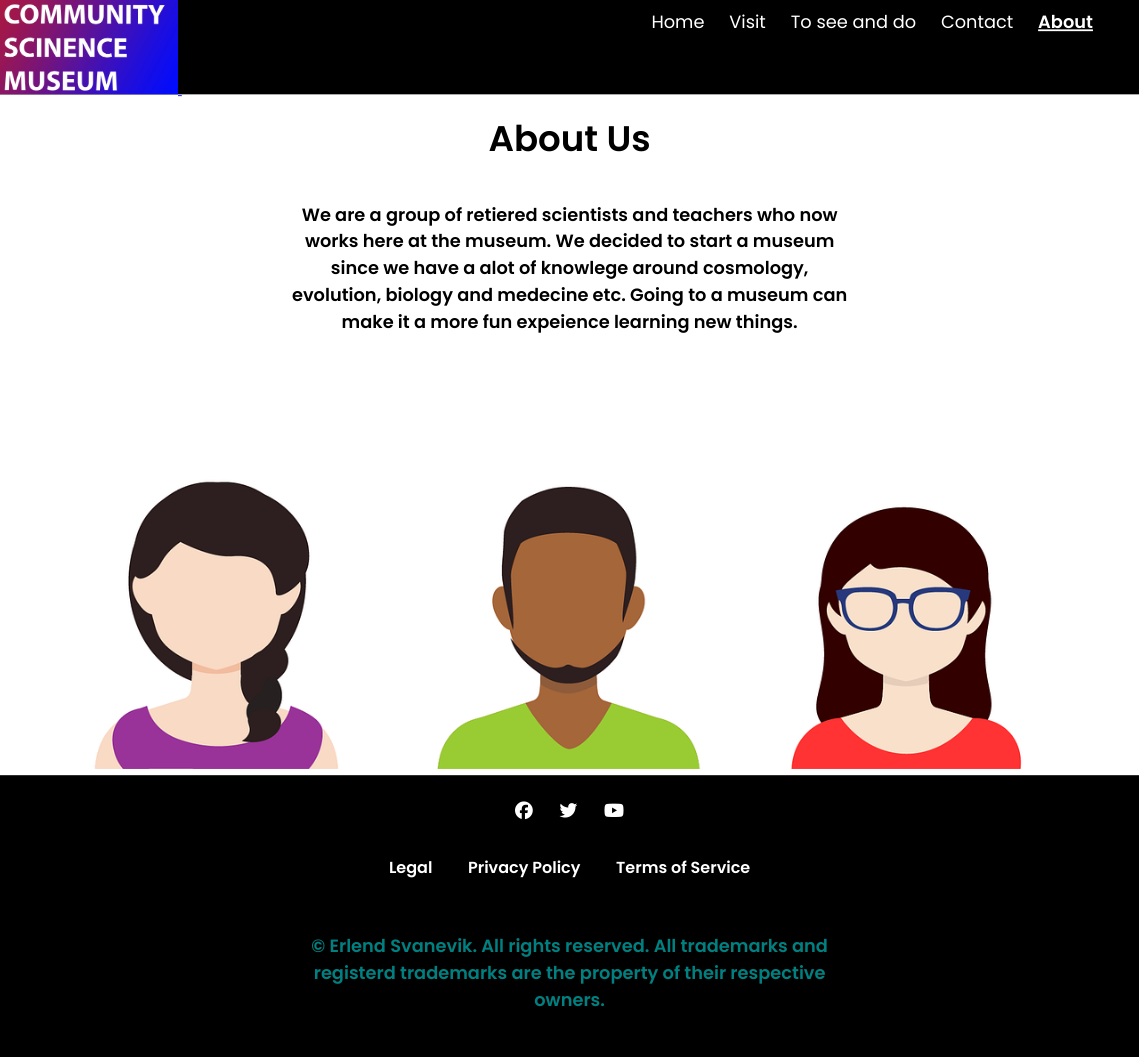
Repository: EpleWasTaken/Semester-Project
Page: about.html
An editor plug-in stored every save of this project. The page is shown before and after the next save, followed by the edit.
The browser window is 1280 px wide. The pictures show the whole page, at 89% of full size.
Some web libraries are served in a nearby version.

Above is the page before, as saved 2020-12-12 13:09:46.

### about.html
<!DOCTYPE html>
<html lang="en">
<head>
    <meta charset="UTF-8">
    <meta name="viewport" content="width=device-width, initial-scale=1.0">
    <meta name="keywords" content="museum, science museum, community museum">
    <meta name="author" content="Erlend Molvik Svanevik">
    <title>CMS About</title>

    <link rel="preconnect" href="https://fonts.gstatic.com">
    <link href="https://fonts.googleapis.com/css2?family=Poppins:ital,wght@0,100;0,200;0,300;0,400;0,500;0,600;1,100;1,200;1,300;1,400;1,500;1,600&display=swap" rel="stylesheet">
    <link rel="stylesheet" href="./css/styles.css">
    <link rel="stylesheet" href="./css/footer.css">
    <link rel="stylesheet" href="/css/hamburger.css">
    <script src="https://kit.fontawesome.com/cafca22d75.js" crossorigin="anonymous"></script>
</head>


<!--NAVIGAION, LOGO AND SEARCH BAR-->


<body>
    <header>
        <a href="index.html" aria-label="Go to frontpage">
            <img src="/Images/CommunityScienceMuseum.jpg" class="logo" alt="Community Science Museum logo">
        </a>
        <label class="hamburger-label" for="hamburger-menu" aria-label="Hamburger menu for navigation"><i class="fas fa-bars fa-2x"></i></label>
        <input type="checkbox" id="hamburger-menu">
        <nav>
            <ul class="nav">
                <li><a href="index.html" aria-label="Go to home page">Home</a></li>
                <li><a href="visit.html" aria-label="Go to the visit page">Visit</a></li>
                <li><a href="to-see-and-do.html" aria-label="Go to: To see and do">To see and do</a></li>
                <li><a href="contact.html" aria-label="Go to the contact page">Contact</a></li>
                <li><a href="about.html" aria-label="Go to the about page" class="active">About</a></li>
            </ul>
        </nav>
    </header>


<!--CONTENT-->


<main>
    <div class="about-container">
        <div class="about-page">
            <h2>About Us</h2>
            <p>We are a group of retiered scientists and teachers who now works here at the museum.
            We decided to start a museum since we have a alot of knowlege around cosmology, evolution, biology and medecine etc.
            Going to a museum can make it a more fun expeience learning new things.</p>
        </div>
    </div>
    <img src="./Images/Avatar2.png">
</main>


<!--FOOTER, TOS/LEGAL/PRIVACY-POLICY AND SOCIALS-->


    <footer class="footer">
        <div class="footer-container">
            <ul class="footer-social">
                <li>
                    <a href="#0" class="facebook"><i class="fab fa-facebook"></i></a>
                </li>
                <li>
                    <a href="#0" class="twitter"><i class="fab fa-twitter"></i></a>
                </li>
                <li>
                    <a href="#0" class="youtube"><i class="fab fa-youtube"></i></a>
                </li>
            </ul>
        </div>
        <div class="footer-container">
            <div class="footer-legal">
                <a href="#0">Legal</a>
                <a href="#0">Privacy Policy</a>
                <a href="#0">Terms of Service</a>
            </div>
            <div class="footer-copyright">
                <p>&copy; Erlend Svanevik. All rights reserved. All trademarks and registerd trademarks are the property of
                   their respective owners.
                </p>
            </div>
        </div>
    </footer>
</body>
</html>

### css/styles.css
* {
	margin: 0px;
	padding: 0px;
	box-sizing: border-box;
}

body {
	font-family: 'poppins', sans-serif;
	background: white;
}

nav {
	background-color: black;
}

header {
	background: black;
	height: 53.13px;
}

.logo {
	max-width: 100px;
}

a.fas.fa-phone,
a.fas.fa-envelope {
	display: flex;
	justify-content: center;
	align-items: center;
	font-size: 30px;
}

.contact-form {
	display: flex;
	flex-direction: column;
	justify-content: center;
	align-items: center;
	margin: auto;
}

.email {
	display: flex;
}

/* NAVIGATION/HAMBURGER MENU/CLICKEBLE
-------------------------------------------*/

/*PICTURES
-----------------------------------------------*/

.homepic,
.space,
.mammoth,
.people,
.science,
.ant {
	width: auto;
	max-width: 100%;
	height: auto;
	margin-bottom: 3vh;
}

/*TEXT/FONT/TEXT ALIGNMENY
--------------------------------------------------*/

h1 {
	display: flex;
	align-items: center;
	justify-content: center;
	margin-left: auto;
	margin-right: auto;
	font-weight: 600;
	font-size: 30px;
	margin: 40px;
	text-align: center;
}

h2 {
	display: flex;
	align-items: center;
	justify-content: center;
	margin-left: auto;
	margin-right: auto;
	font-weight: 600;
	font-size: 25px;
	margin: 40px;
	text-align: center;
}

h3 {
	display: flex;
	align-items: center;
	justify-content: center;
	font-weight: 600;
	font-size: 20px;
	margin: 40px;
	text-align: center;
}

p {
	display: flex;
	align-items: center;
	justify-content: center;
	font-weight: 600;
	font-size: 15px;
	margin: 40px;
	max-width: 70%;
	margin-left: auto;
	margin-right: auto;
	text-align: center;
}

.open-hours p {
	margin: 20px;
	margin-left: auto;
	margin-right: auto;
	align-items: center;
	justify-content: center;
	text-align: center;
}

.contact-container {
	display: flex;
	flex-direction: row;
	align-items: center;
}

.mail {
	display: flex;
	justify-content: center;
	align-items: center;
}

@media screen and (min-width: 1024px) {
	body {
		font-family: 'poppins', sans-serif;
		font-weight: 400;
	}

	header {
		height: 106.25px;
	}

	.logo {
		max-width: 200px;
	}

	.homepic {
		display: flex;
		flex-direction: column;
		justify-content: center;
		align-items: center;
		max-width: 1664px;
		margin-left: auto;
		margin-right: auto;
	}

	h1,
	h2,
	h3,
	p {
		display: flex;
		align-items: center;
		justify-content: center;
	}

	h1 {
		font-size: 60px;
		margin: 40px;
	}

	h2 {
		font-size: 40px;
		margin: 20px;
	}

	h3 {
		font-size: 30px;
		margin: 15px;
	}

	p {
		font-size: 20px;
		margin: 40px;
		max-width: 50%;
		margin-left: auto;
		margin-right: auto;
	}

	.space,
	.mammoth,
	.people,
	.science,
	.ant {
		display: flex;
		left: 0;
		right: 0;
		max-width: 800px;
		justify-content: center;
		align-items: center;
		margin: auto;
		padding: 4vh;
	}
}

### css/footer.css
/* FOOTER */

* {
	padding: 0;
	margin: 0;
	box-sizing: border-box;
}

footer {
	display: flex;
	flex-direction: column;
	justify-content: center;
	align-items: center;
	background-color: black;
	font-family: 'Poppins', sans-serif;
	font-weight: 600;
	padding: 10px;
}

.footer-container {
	display: flex;
	flex-direction: column;
	justify-content: center;
	align-items: center;
}

.footer-social {
	font-size: 35px;
}

.footer-social li a {
	color: white;
}

.footer-legal {
	display: flex;
	flex-direction: column;
	text-decoration: none;
	align-items: center;
	justify-content: center;
	font-size: 20px;
}

.footer-legal a {
	display: flex;
	text-decoration: none;
	flex-direction: row;
	padding: 15px;
}

.footer-social li a.facebook:hover {
	color: #3b5998;
}

.footer-social li a.twitter:hover {
	color: #00acee;
}

.footer-social li a.youtube:hover {
	color: #c4302b;
}

.footer-legal a {
	color: white;
}

.footer-legal a:hover {
	color: #008080;
}

.footer-copyright {
	display: flex;
	flex-direction: column;
	text-decoration: none;
	justify-content: center;
	align-items: center;
	text-align: center;
	font-size: 14px;
	color: #008080;
}

ul {
	list-style: none;
}

@media screen and (min-width: 1024px) {
	.footer-legal {
		display: flex;
		flex-direction: row;
		justify-content: center;
		align-items: center;
		font-size: 18px;
	}

	.footer-legal a {
		display: flex;
		flex-direction: row;
		justify-content: center;
		align-items: center;
		padding: 20px;
	}

	.footer-social {
		display: flex;
		flex-direction: row;
		justify-content: center;
		align-items: center;
		text-decoration: none;
	}

	.footer-container {
		text-decoration: none;
	}

	.footer-social li {
		display: flex;
		flex-direction: row;
		text-decoration: none;
		margin: 15px;
	}
}

### css/hamburger.css
* {
	margin: 0px;
	padding: 0px;
	box-sizing: border-box;
}

nav,
#hamburger-menu {
	display: none;
	z-index: 1;
}

nav ul {
	padding: 0px;
}

nav li {
	display: block;
}

ul a {
	margin: 40px;
	font-size: 20px;
}

nav a {
	text-decoration: none;
	color: white;
	display: block;
	justify-content: center;
	align-items: center;
}

.nav {
	display: block;
	position: absolute;
	justify-content: space-between;
	right: 0;
	padding-top: 10px;
	height: 100%;
	width: 100%;
	background-color: black;
	text-align: center;
}

.hamburger-label {
	color: #fff;
	padding: 10px;
	font: 1.5em;
	display: block;
	position: absolute;
	right: 0;
	top: 0px;
}

.active {
	font-weight: 600;
	text-decoration: underline;
}

#hamburger-menu:checked ~ nav {
	display: flex;
}

@media screen and (min-width: 1024px) {
	nav {
		display: inline-block;
	}

	.active {
		font-weight: 600;
		text-decoration: underline;
	}

	.hamburger-label {
		display: none;
	}

	nav ul {
		padding: 0px;
		color: #fff;
		font: 1.5em;
		display: flex;
		position: absolute;
		right: 0;
		top: 0px;
		min-width: 600px;
		align-items: center;
		padding: 38px;
	}

	nav li {
		display: block;
	}

	nav a {
		text-decoration: none;
		color: white;
		display: block;
	}

	.nav {
		display: flex;
		justify-content: space-around;
		text-decoration: none;
		background-color: black;
		height: auto;
		width: auto;
		margin: auto;
	}

	ul a {
		margin: auto;
	}
}

After the next save:
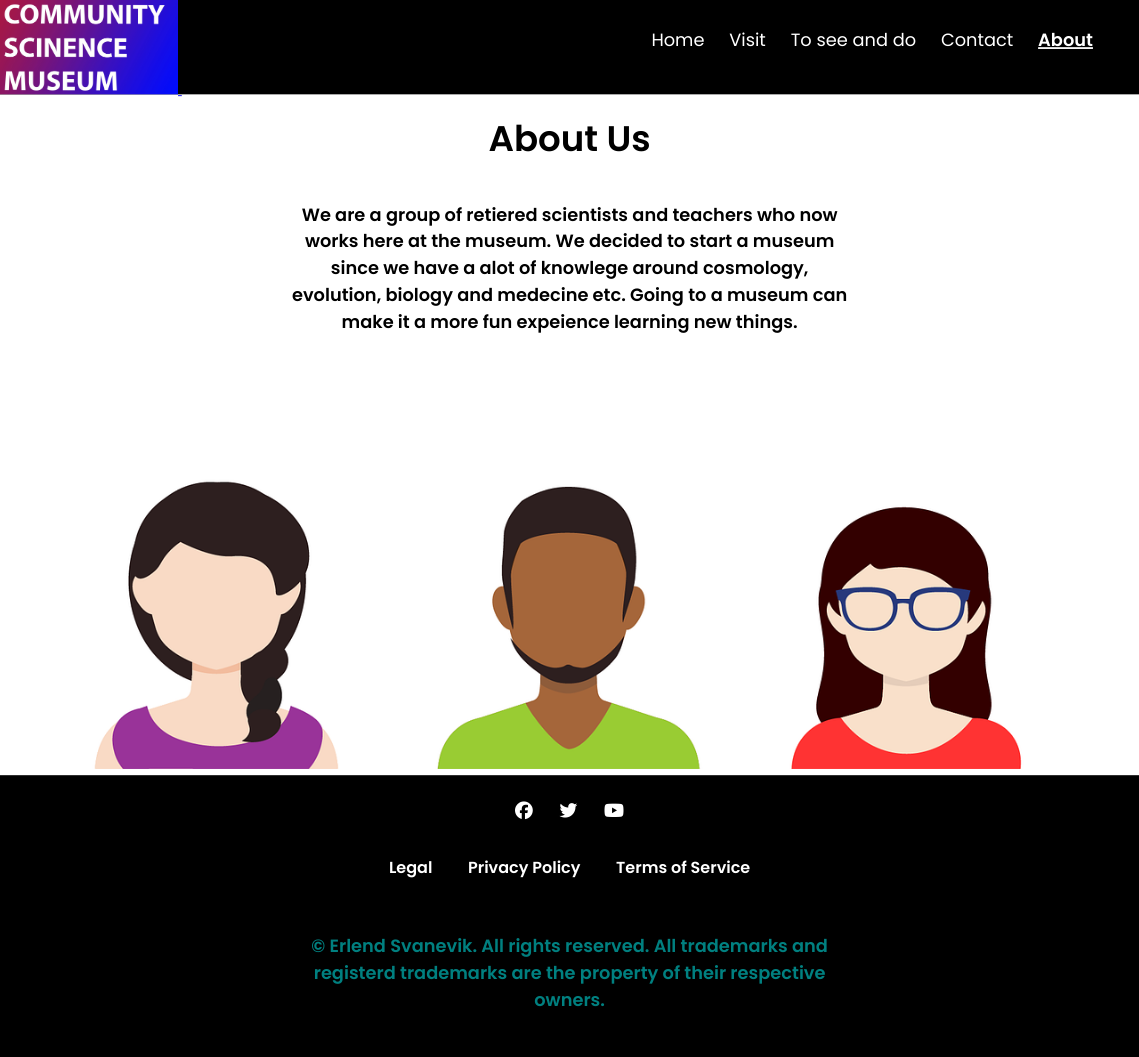
Saved 8 s later.
--- a/css/hamburger.css
+++ b/css/hamburger.css
@@ -36,7 +36,7 @@ nav a {
 	position: absolute;
 	justify-content: space-between;
 	right: 0;
-	padding-top: 10px;
+	padding-top: 30px;
 	height: 100%;
 	width: 100%;
 	background-color: black;
